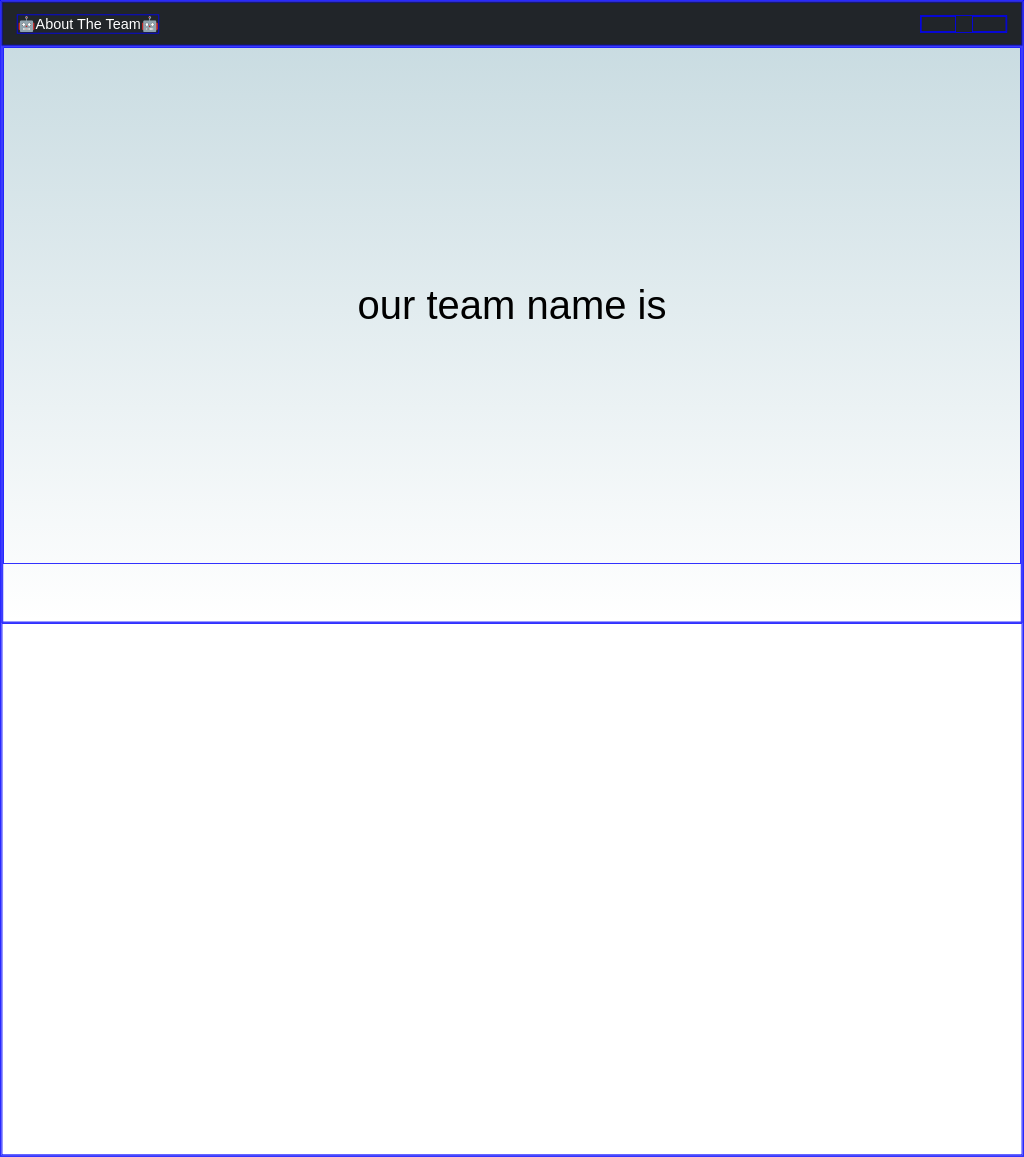
Repository: ammarsetiawan/gps-traker
Page: about.html
The author's editor kept a copy of each file at every save. The page is drawn from the files as they stood at one save, then again after a run of saves.
The browser window is 1280 px wide. The pictures show the whole page, at 80% of full size.

Above is the page before, as saved 2025-11-25 17:11:17.

After the next 3 saves:
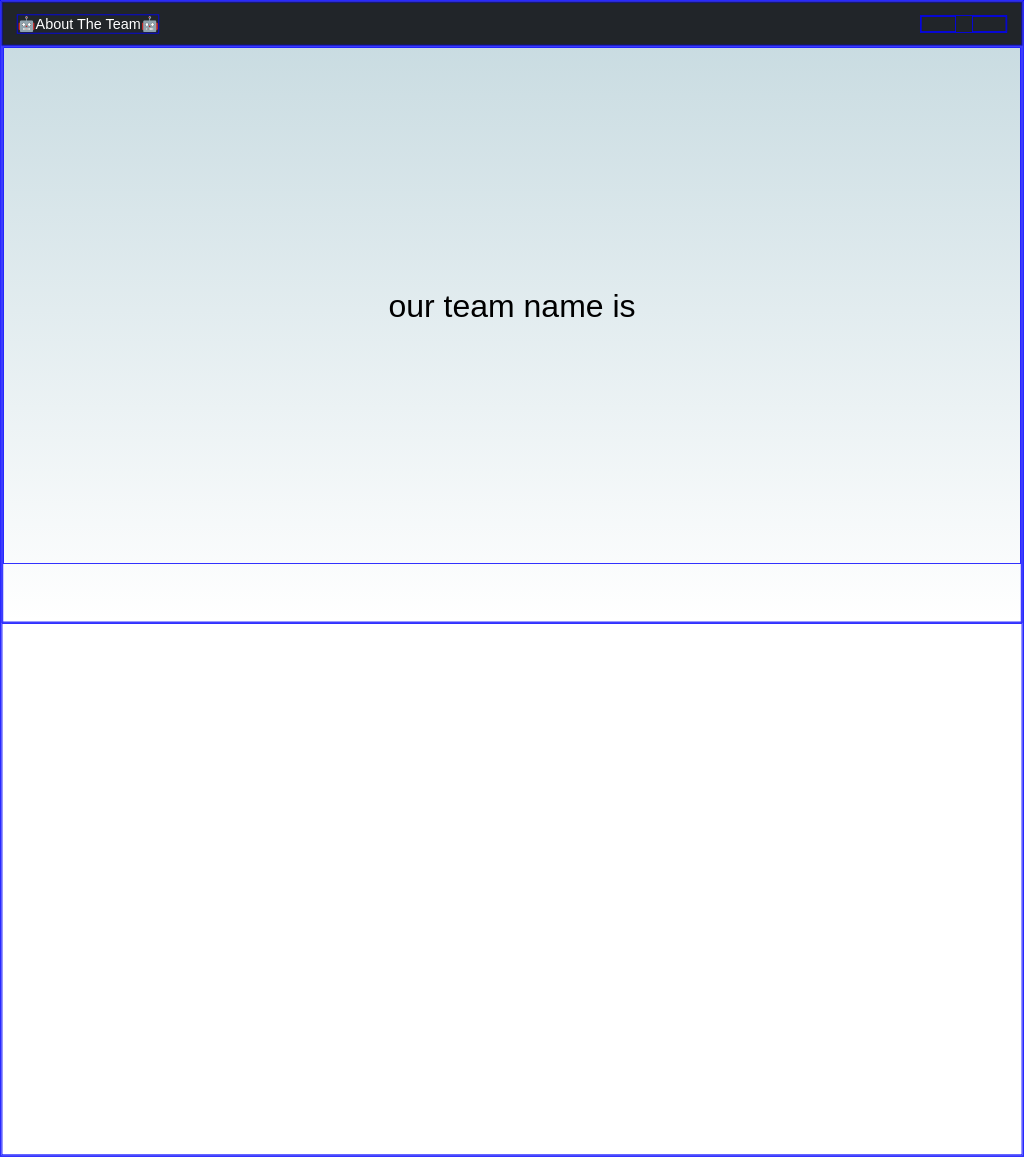
The 3 saves are shown as one change because they came seconds apart.
The last was saved 6 s later.
--- a/about.html
+++ b/about.html
@@ -71,7 +71,7 @@
         display: flex;
         justify-content: center;
         align-items: center;
-        font-size: 50px;
+        font-size: 40px;
     }
 
     #menuBtn {
